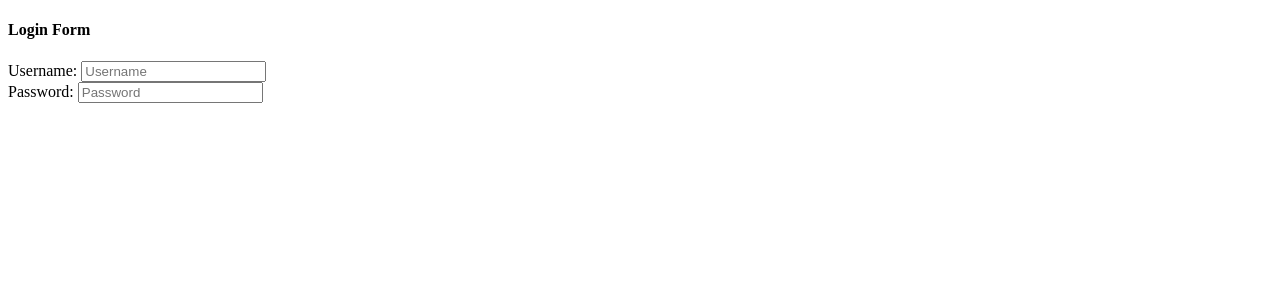
Repository: TGasco/SelfHostedCloud
Page: server/public/login.html
These files come from the project's save history. The page is drawn as it stood at one moment and after the next save; the edit follows.
The browser window is 1280 px wide. The pictures show the whole page.

Above is the page before, as saved 2022-12-30 22:35:58.

After the next save:
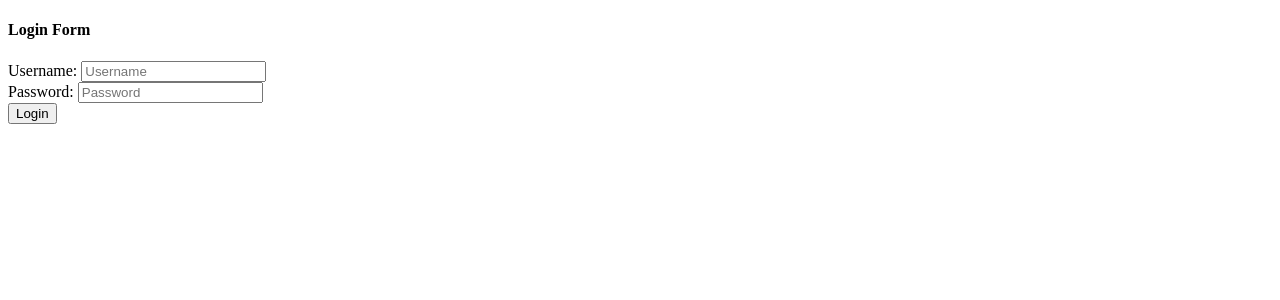
Saved 17 min 53 s later.
--- a/server/public/login.html
+++ b/server/public/login.html
@@ -22,6 +22,9 @@
                     <label for="password">Password:</label>
                     <input type="password" name="password" id="password" class="form-control" placeholder="Password">
                 </div>
+                <div>
+                    <button type="submit" class="btn btn-primary">Login</button>
+                </div>
         </div>
     </body>
 </html>
